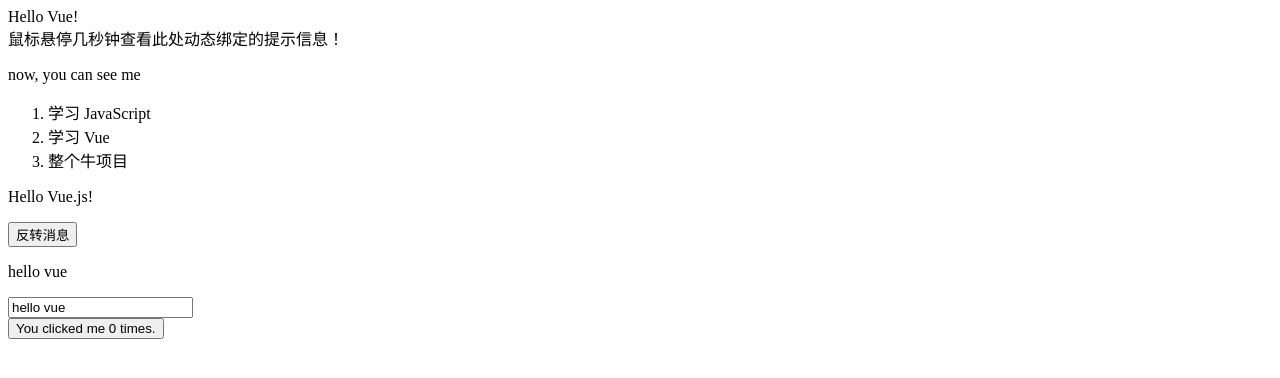
Repository: AlanPeng97/vue2.x-learning
Page: intro/coreBaisc/index.html
The author's editor kept a copy of each file at every save. The page is drawn from the files as they stood at one save, then again after the next save.
The browser window is 1280 px wide. The pictures show the whole page.
Some web libraries are served in a nearby version.

Above is the page before, as saved 2024-01-26 17:12:18.

After the next save:
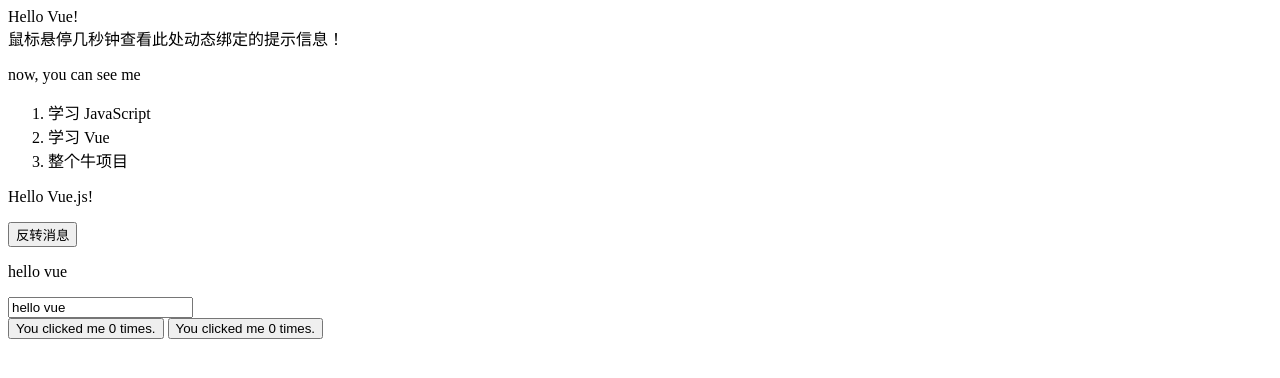
Saved 7 s later.
--- a/intro/coreBaisc/index.html
+++ b/intro/coreBaisc/index.html
@@ -47,6 +47,7 @@
     </div>
 
     <div id="app-7">
+      <button-counter></button-counter>
       <button-counter></button-counter>
     </div>
 
